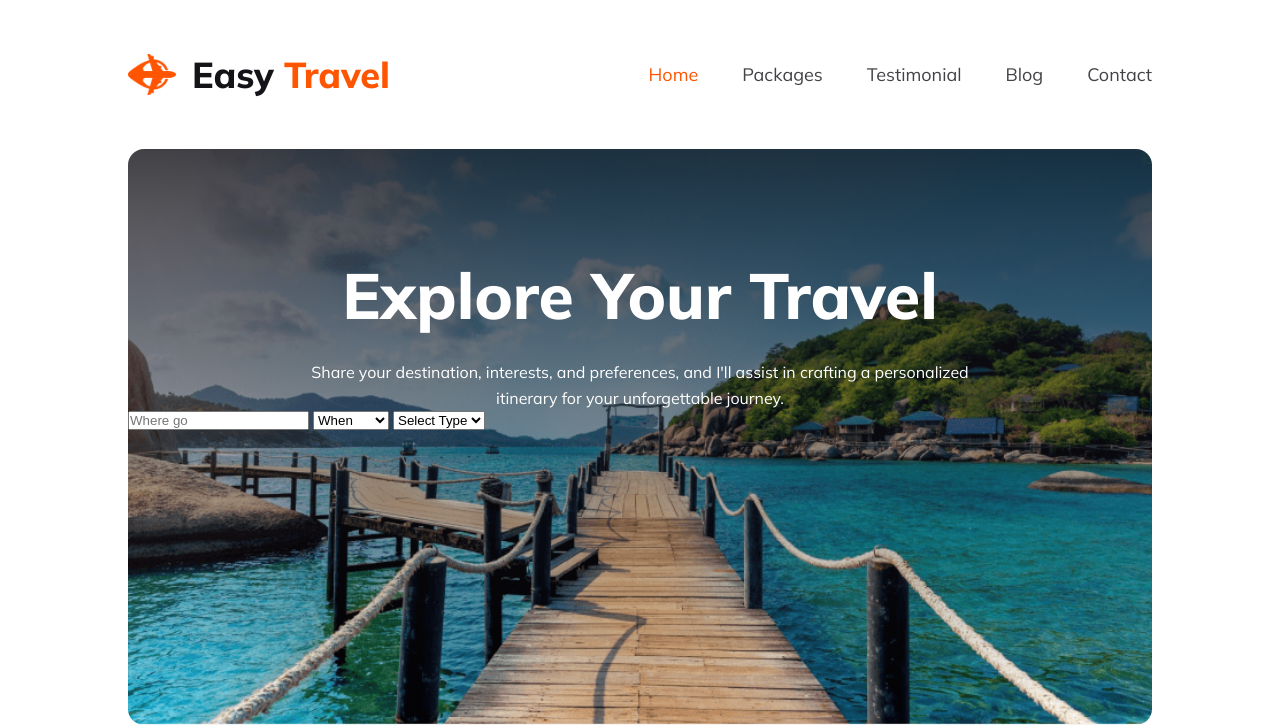
Repository: ShouravAhammed/Assignment-2
Page: index.html
The author's editor kept a copy of each file at every save. The page is drawn from the files as they stood at one save, then again after the next save.
The browser window is 1280 px wide. The pictures show the whole page.
Some web libraries are served in a nearby version.

Above is the page before, as saved 2024-01-16 03:10:26.

After the next save:
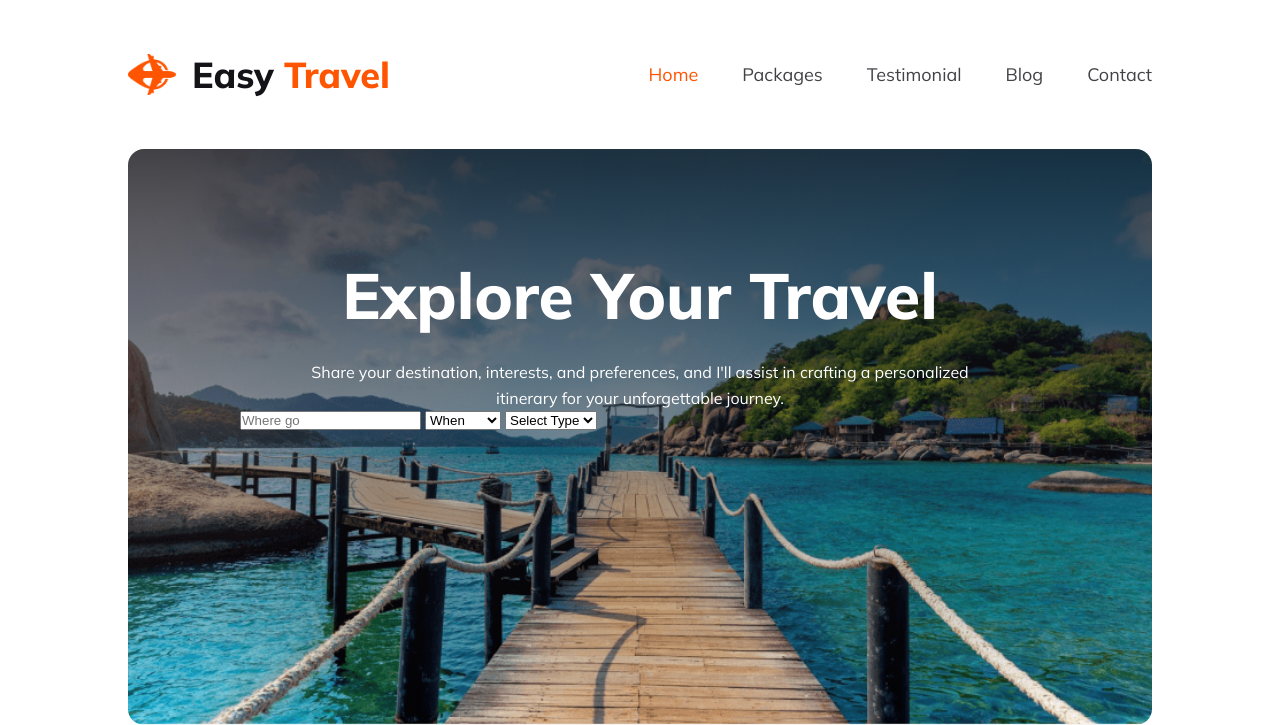
Saved 113 s later.
--- a/styles/style.css
+++ b/styles/style.css
@@ -106,6 +106,10 @@
     line-height: 26px;
     margin-top: 24px;
 }
+.banner-form{
+    width: 800px;
+    margin: 0 auto;
+}
 
 
 
